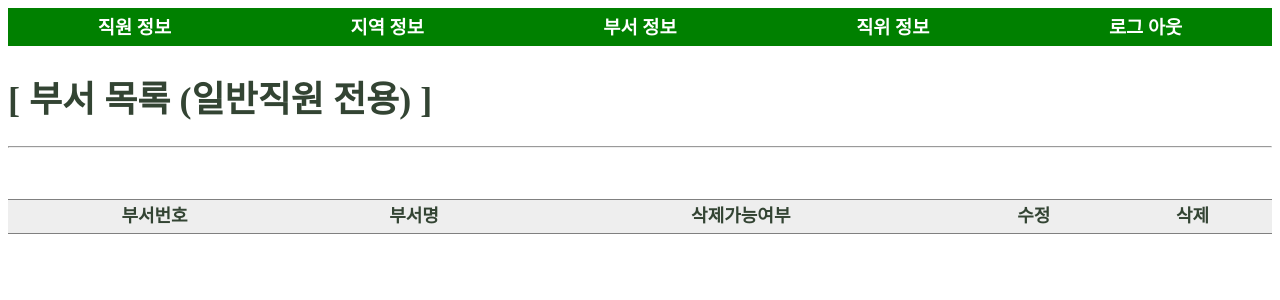
Repository: youngsik0405/SpringMVC
Page: http://localhost/mvc04/WEB-INF/view/DepList.jsp
The author's editor kept a copy of each file at every save. The page is drawn from the files as they stood at one save, then again after the next save.
The browser window is 1280 px wide. The pictures show the whole page.
The page is served by Tomcat 9. Nobody is signed in. The template is opened directly, without the code that normally fills it, so the values that code supplies are empty.

Above is the page before, as saved 2025-02-26 07:40:12.

After the next save:
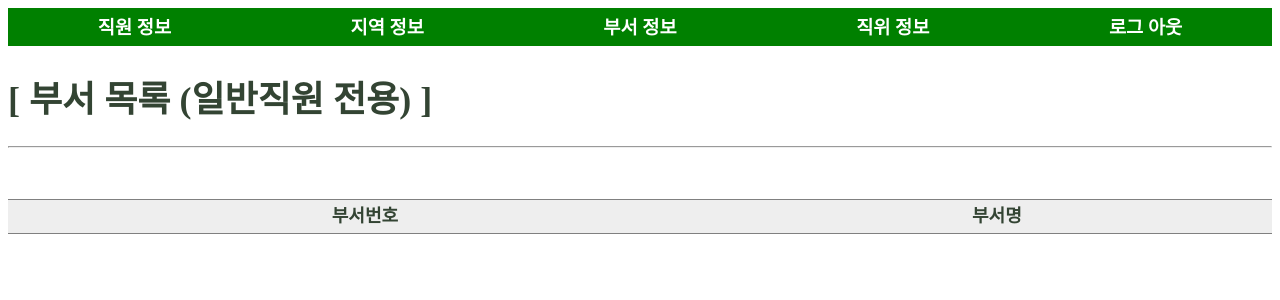
Saved 49 s later.
--- a/mvc04/WebContent/WEB-INF/view/DepList.jsp
+++ b/mvc04/WebContent/WEB-INF/view/DepList.jsp
@@ -36,9 +36,6 @@
 			<tr>
 				<th>부서번호</th>
 				<th>부서명</th>
-				<th>삭제가능여부</th>
-				<th>수정</th>
-				<th>삭제</th>
 			</tr>
 
 			<c:forEach var="department" items="${departmentList }">
